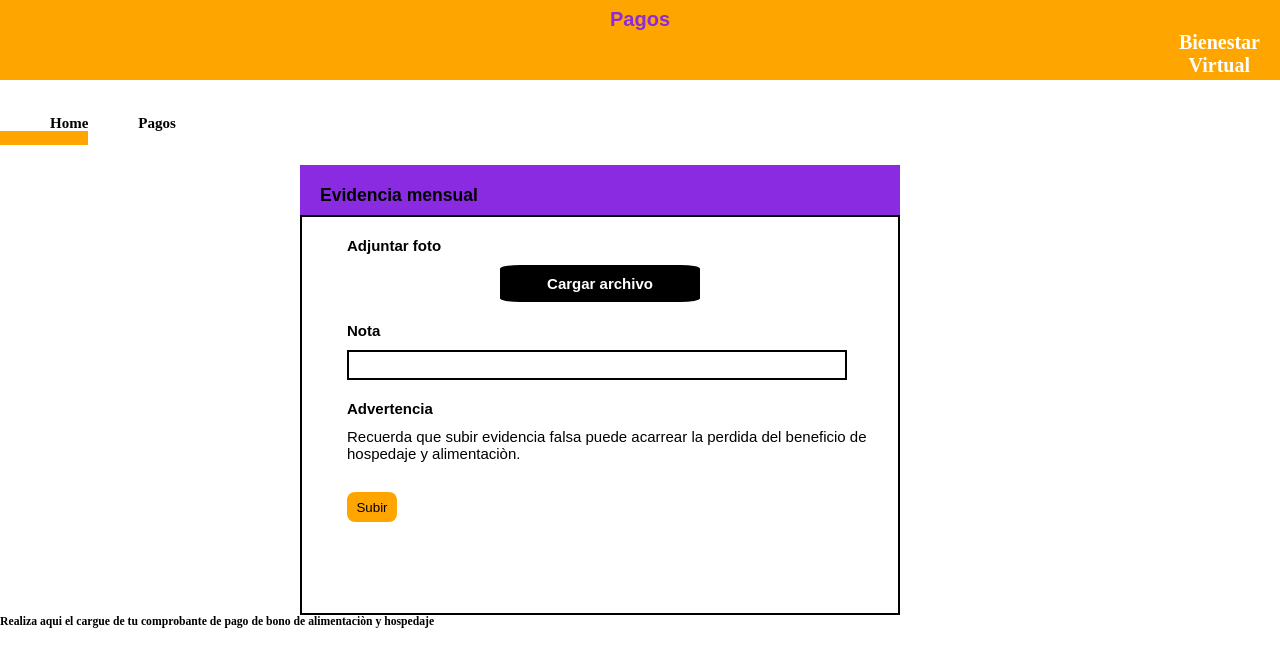
Repository: Diani123/Mis-actividades
Page: softwarebienestarinstitucional/pagos.html
The author's editor kept a copy of each file at every save. The page is drawn from the files as they stood at one save, then again after the next save.
The browser window is 1280 px wide. The pictures show the whole page.
The pointer rests on the first visible `.item`.

Above is the page before, as saved 2023-02-12 20:21:36.

After the next save:
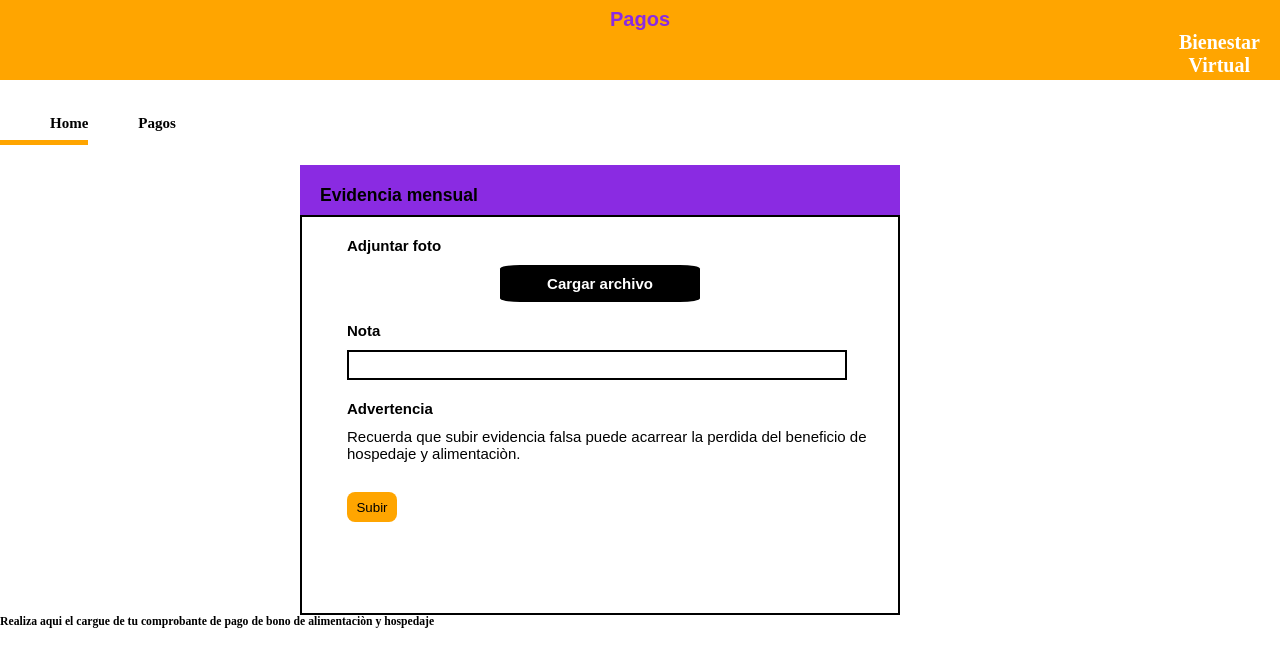
Saved 12 s later.
--- a/softwarebienestarinstitucional/pagos.css
+++ b/softwarebienestarinstitucional/pagos.css
@@ -55,7 +55,7 @@
   }
   .item:hover{
     border-bottom: solid 2px orange;
-    border-width: 14px;
+    border-width: 5px;
 
   }
 
